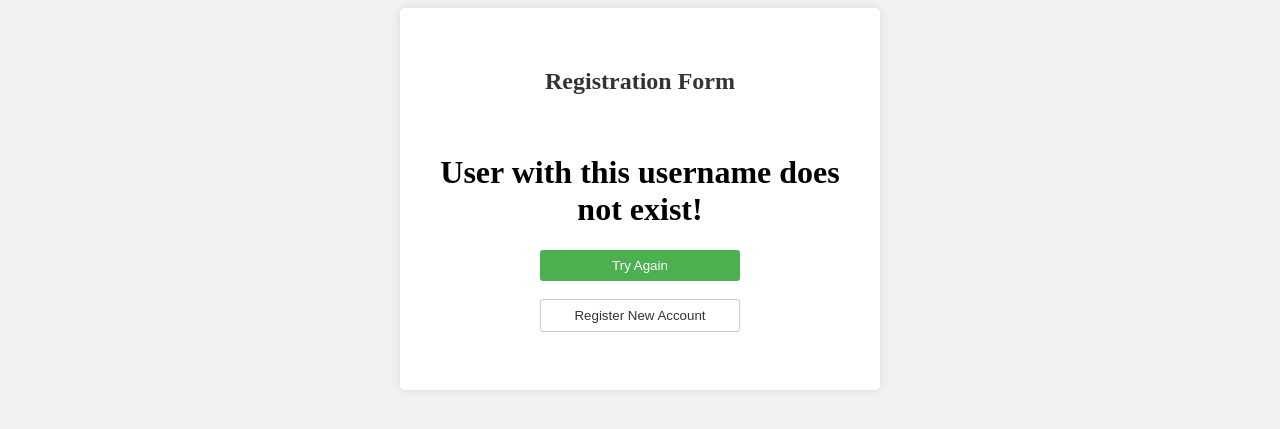
Repository: mansistic-0n3/Java_IGT
Page: Java Project/BankJSP/src/main/webapp/noUser.html
The author's editor kept a copy of each file at every save. The page is drawn from the files as they stood at one save, then again after the next save.
The browser window is 1280 px wide. The pictures show the whole page.

Above is the page before, as saved 2023-06-30 08:21:06.

After the next save:
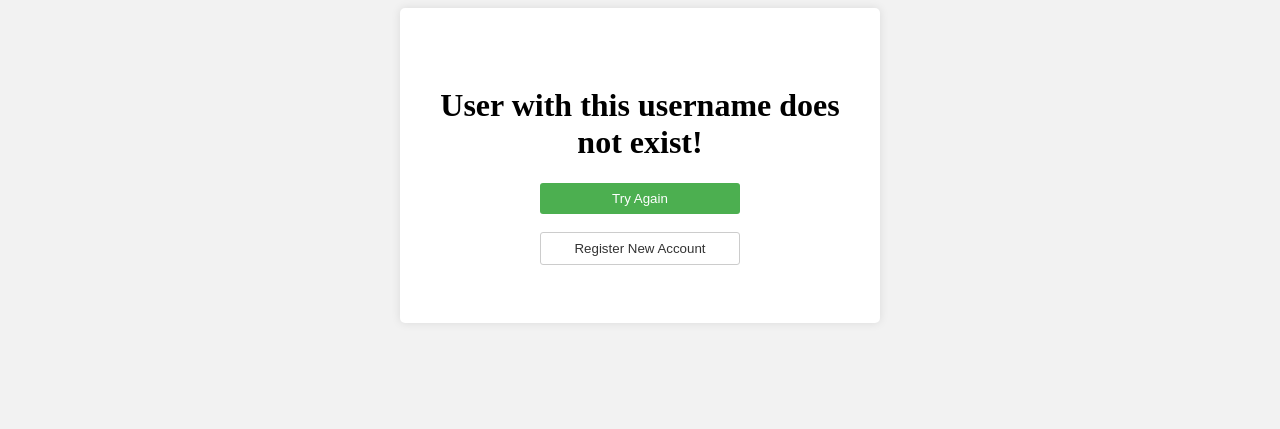
Saved 20 s later.
--- a/Java Project/BankJSP/src/main/webapp/noUser.html
+++ b/Java Project/BankJSP/src/main/webapp/noUser.html
@@ -5,7 +5,7 @@
 </head>
 <body style="background-color: #f2f2f2; text-align:center;">
   <div style="max-width: 400px; margin: 0 auto; padding: 40px; background-color: #ffffff; border-radius: 5px; box-shadow: 0 0 10px rgba(0, 0, 0, 0.1);">
-    <h2 style="text-align: center; color: #333333;">Registration Form</h2>
+
     <form action="forgot.html">
       <br>
         <h1>User with this username does not exist!</h1>
